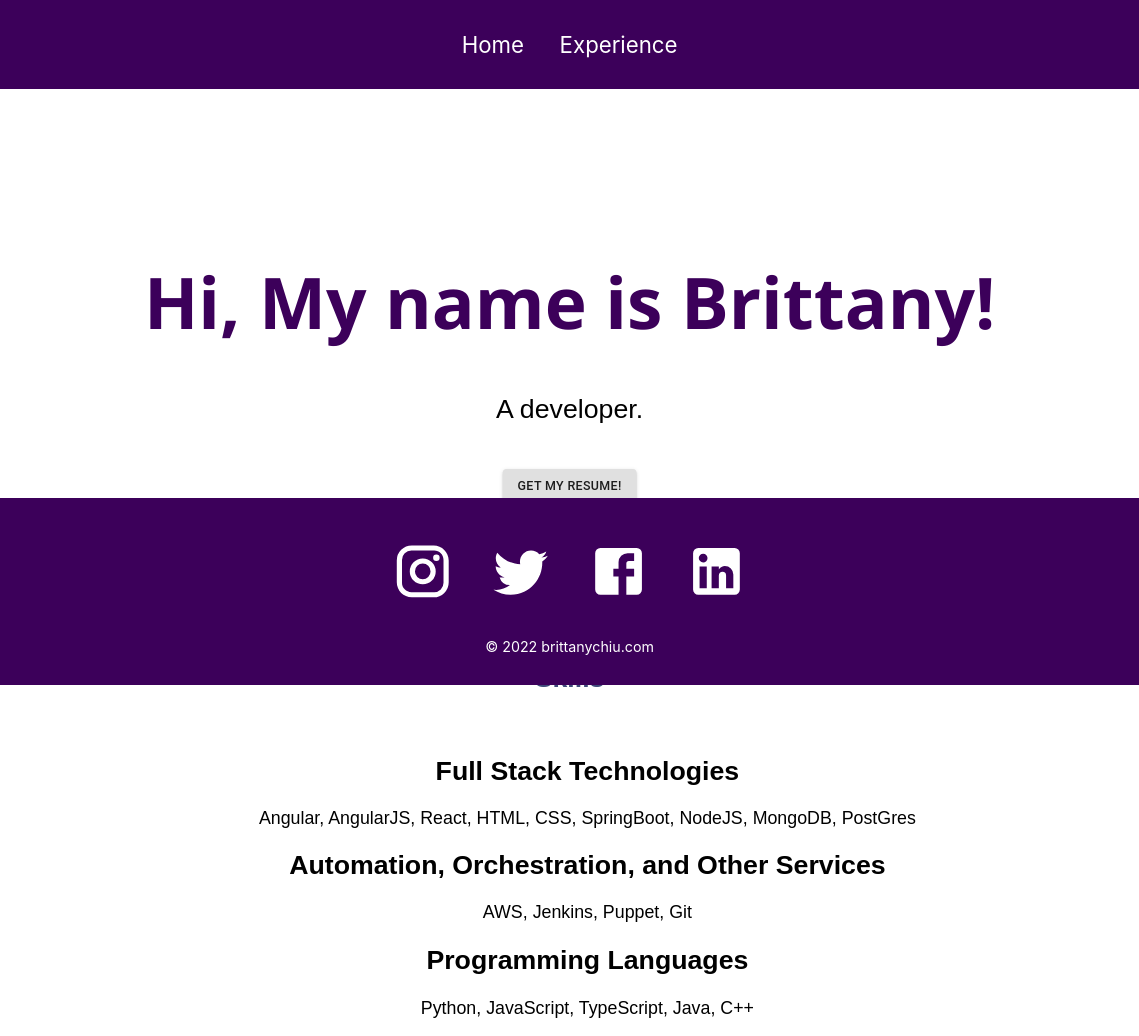
Repository: chiubacca94/chiufolio
Page: /
An editor plug-in stored every save of this project. The page is shown before and after a run of saves, followed by the edit.
The browser window is 1280 px wide. The pictures show the whole page, at 89% of full size.
The project was rebuilt for these pictures with package versions that can differ from the ones it lists, and the page was loaded fresh each time. Also part of the build but not shown: src/components/Projects/Projects.js, src/components/Experiences/Experiences.css, src/components/Experiences/Experiences.js.

Above is the page before, as saved 2022-07-04 21:15:44.

After the next 2 saves:
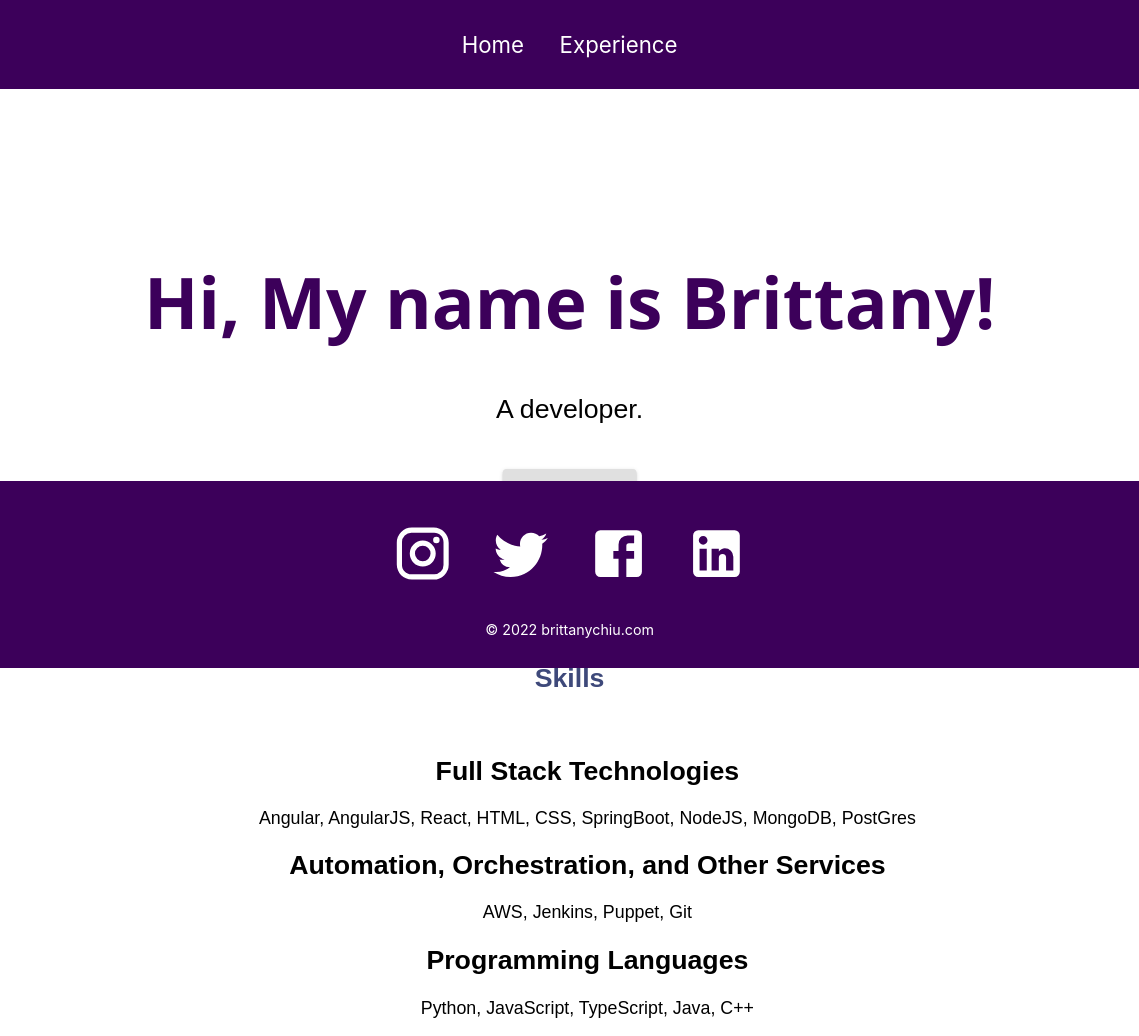
The 2 saves are shown as one change because they came seconds apart.
The last was saved 7 s later.
--- a/src/components/Footer/Footer.css
+++ b/src/components/Footer/Footer.css
@@ -9,7 +9,7 @@
     padding-top: 10px;
     margin-top: 200px;
     position: fixed;
-    bottom: -50px;
+    bottom: -30px;
   }
 
   .socialMedia svg {
